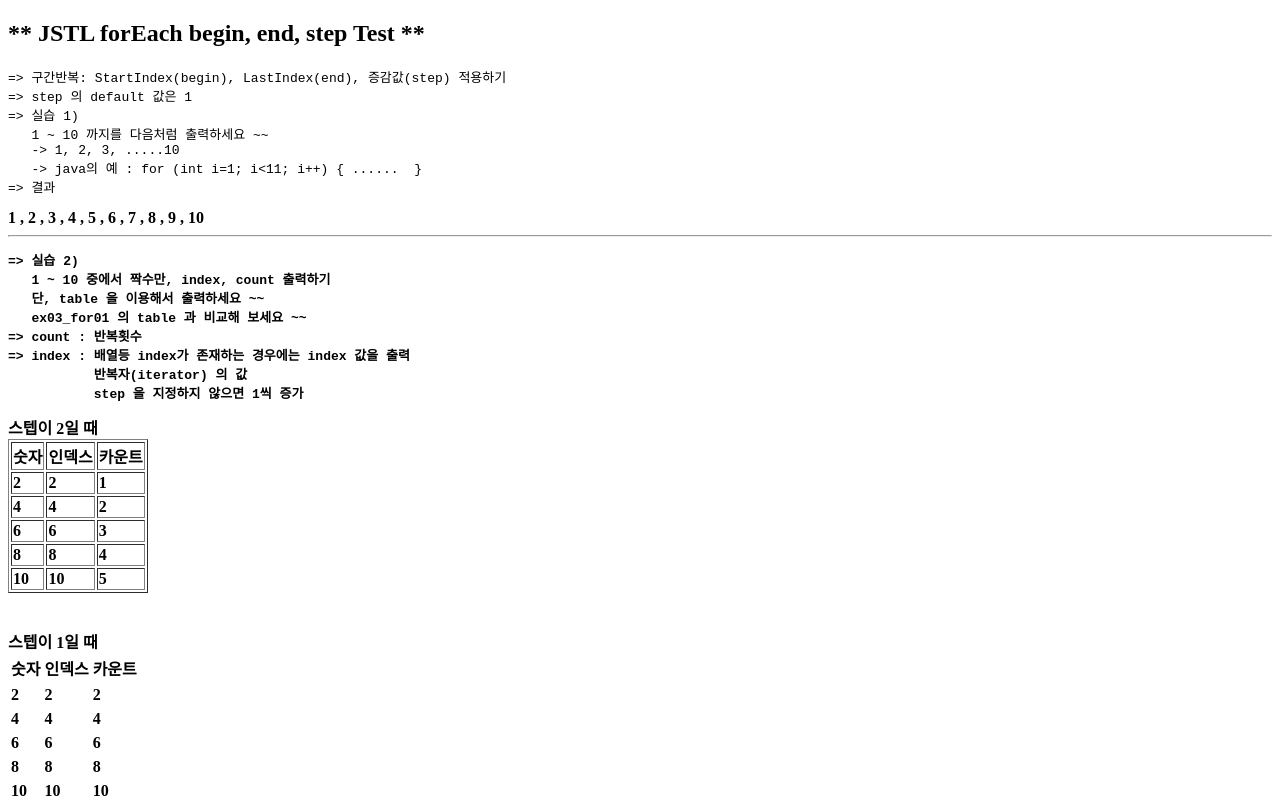
Repository: JYH94/JAVA
Page: http://localhost/web01/jsp03_jstl/ex03_for02.jsp
The author's editor kept a copy of each file at every save. The page is drawn from the files as they stood at one save, then again after the next save.
The browser window is 1280 px wide. The pictures show the whole page.
The page is served by Tomcat 9. Other server files are loaded and not shown.

Above is the page before, as saved 2024-01-16 09:00:39.

### web01/src/main/webapp/jsp03_jstl/ex03_for02.jsp
<%@ page language="java" contentType="text/html; charset=UTF-8"
    pageEncoding="UTF-8"%>
<%@ taglib uri="http://java.sun.com/jsp/jstl/core" prefix="c" %>
<!DOCTYPE html>
<html>
<head>
<meta charset="UTF-8">
<title>** JSTL forEach begin, end, step Test **</title>
</head>
<body>
<h2>** JSTL forEach begin, end, step Test **</h2>
<pre>
=> 구간반복: StartIndex(begin), LastIndex(end), 증감값(step) 적용하기
=> step 의 default 값은 1
=> 실습 1)
   1 ~ 10 까지를 다음처럼 출력하세요 ~~
   -> 1, 2, 3, .....10
   -> java의 예 : for (int i=1; i<11; i++) { ......  }
=> 결과
</pre>
<b>

<c:forEach begin="1" end="10" var="number" step="1" varStatus="vs">
	${number}
	${vs.last ? "" : ", " }
</c:forEach>

<hr><pre>
=> 실습 2)
   1 ~ 10 중에서 짝수만, index, count 출력하기
   단, table 을 이용해서 출력하세요 ~~
   ex03_for01 의 table 과 비교해 보세요 ~~
=> count : 반복횟수
=> index : 배열등 index가 존재하는 경우에는 index 값을 출력
           반복자(iterator) 의 값
           step 을 지정하지 않으면 1씩 증가
</pre>

스텝이 2일 때
<table border=1;>
<tr>
	<th>숫자</th>
	<th>인덱스</th>
	<th>카운트</th>
</tr>
<c:forEach var="num" step="2" begin="2" end="10" varStatus="Q">
	<tr>
		<td>${num}</td>
		<td>${Q.index}</td>
		<td>${Q.count}</td>
	</tr>
</c:forEach>
</table border=1;>

<br>
<br>

스텝이 1일 때
<table>
<tr>
	<th>숫자</th>
	<th>인덱스</th>
	<th>카운트</th>
</tr>
<c:forEach var="num" begin="1" end="10" varStatus="Q">
	<tr>
		<c:if test="${num%2 == 0}">
			<td>${num}</td>
			<td>${Q.index}</td>
			<td>${Q.count}</td>
		</c:if>

		<c:if test="${num%2 != 0}">
		</c:if>

	</tr>
</c:forEach>
</table>






</b>
</body>
</html>

After the next save:
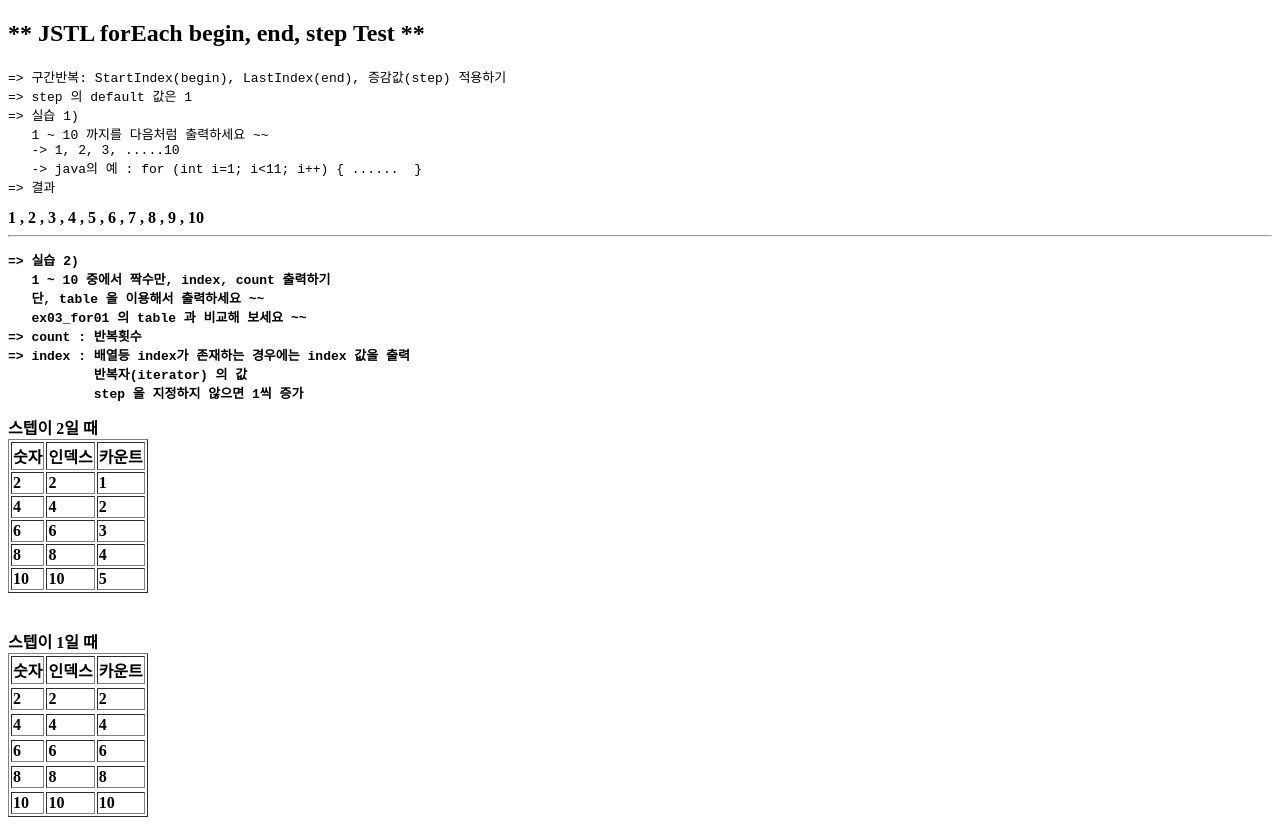
Saved 14 s later.
--- a/web01/src/main/webapp/jsp03_jstl/ex03_for02.jsp
+++ b/web01/src/main/webapp/jsp03_jstl/ex03_for02.jsp
@@ -50,13 +50,13 @@
 		<td>${Q.count}</td>
 	</tr>
 </c:forEach>
-</table border=1;>
+</table>
 
 <br>
 <br>
 
 스텝이 1일 때
-<table>
+<table border=1;>
 <tr>
 	<th>숫자</th>
 	<th>인덱스</th>
